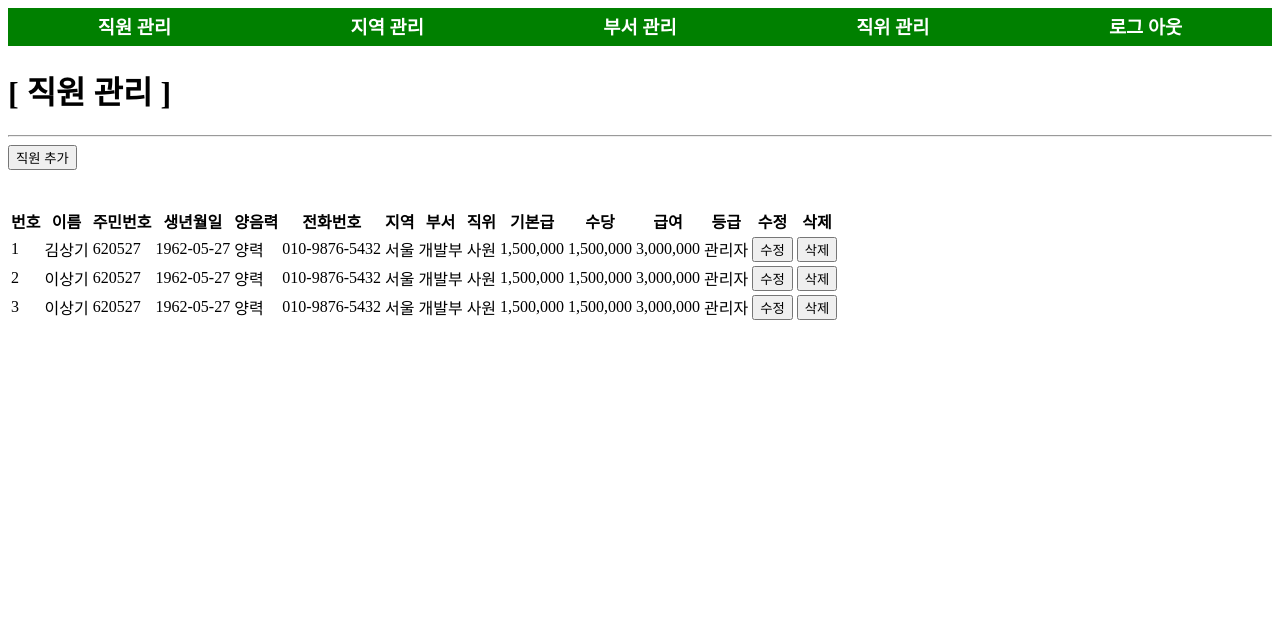
Repository: Umkimisstrong/UM_SpringMVCStudy
Page: http://localhost/mvc04/EmployeeList.jsp
These files come from the project's save history. The page is drawn as it stood at one moment and after the next save; the edit follows.
The browser window is 1280 px wide. The pictures show the whole page.
The page is served by Tomcat 9.

Above is the page before, as saved 2022-05-27 01:36:54.

After the next save:
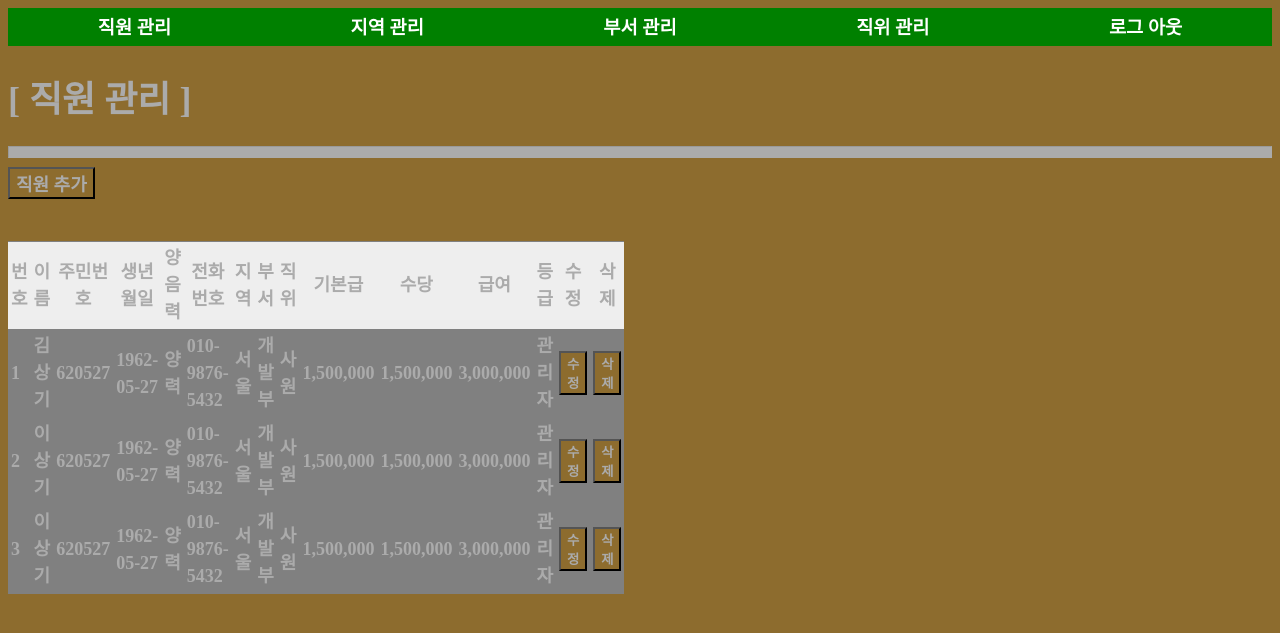
Saved 14 s later.
--- a/mvc04/WebContent/EmployeeList.jsp
+++ b/mvc04/WebContent/EmployeeList.jsp
@@ -10,6 +10,7 @@
 <meta charset="UTF-8">
 <title>EmployeeList.jsp</title>
 <link rel="stylesheet" type="text/css" href="<%=cp %>/css/menustyle.css">
+<link rel="stylesheet" type="text/css" href="<%=cp %>/css/main.css">
 </head>
 <body>
 
